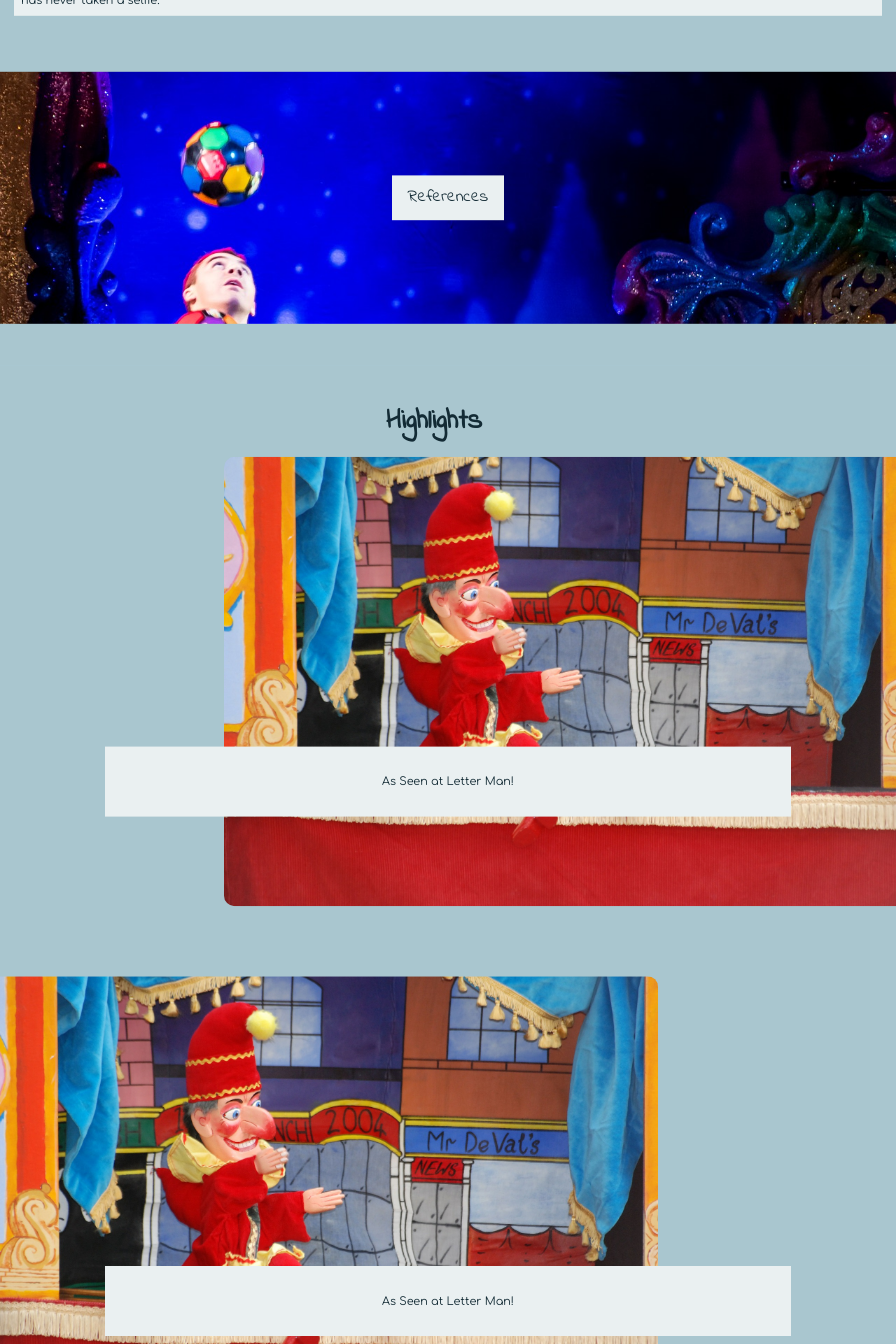
Repository: Sbethm/wink
Page: index.html
An editor plug-in stored every save of this project. The page is shown before and after the next save, followed by the edit.
The browser window is 1280 px wide. The pictures show the part of the page from y = 2112 to 4032 px (the page is 5471 px tall), at 70% of full size.
The style sheet was rebuilt from its Sass, Less or Tailwind sources for each picture, by a compiler version that may differ from the author's.

Above is the page before, as saved 2021-09-07 17:31:15.

### index.html
<!DOCTYPE html>
<html lang="en">
<head>
    <meta charset="UTF-8">
    <meta http-equiv="X-UA-Compatible" content="IE=edge">
    <meta name="viewport" content="width=device-width, initial-scale=1.0">
    <link rel="preconnect" href="https://fonts.googleapis.com">
    <link rel="preconnect" href="https://fonts.gstatic.com" crossorigin>
    <link href="https://fonts.googleapis.com/css2?family=Acme&family=Comfortaa:wght@400;500;600;700&family=Indie+Flower&display=swap" rel="stylesheet">
    <!--
        font-family: 'Acme', sans-serif;
        font-family: 'Comfortaa', cursive;
        font-family: 'Indie Flower', cursive;
    -->

    <link rel="stylesheet" href="./CSS/main.css">
    <title>Wink Danenberg: The Greatest Showman</title>
</head>
<body>
    <header id="headerBg">
        <h1 id="logo">Wink</h1>
        <div class="menu--btn">
            <ul class="menu">
                <li class="menu--item">Shows</li>
                <li class="menu--item">Wink</li>
                <li class="menu--item">Calender</li>
                <li class="menu--item">Contact</li>
            </ul>
        </div>
    </header>
    <main>
        <section class="main--slideshow">
            <!--images are set on automatic slide-->
                <img src="./img/img1.jpg" alt="" id="slide--img">
                <img src="./img/img2.jpg" alt="" id="slide--img">
                <img src="./img/img3.jpg" alt="" id="slide--img">
            <div class="slideshow--quote">Comedy for the Whole Family!</div>
        </section>
        <!--EVENTS-
            Description of Wink's shows. What does he do? Who are the shows geared towards? etc.-->
        <section class="event">
            <div class="container container--event">
                <a href="./events.html"><h2 class="heading--center">Events</h2></a>
                <p class="info--short center">Do you want a man who can tickle your funny bone? Look no further than Wink!</p>
                <div class="event--slideshow">
                    <!--each div is set on a swipe slide-->
                    <a href=""><div class="event--retreats event--slide">
                        <p class="event--type">Retreats</p>
                    </div></a>
                    <a href=""><div class="event--schools event--slide">
                        <p class="event--type">Schools</p>
                    </div></a>
                    <a href=""><div class="event--events event--slide">
                        <p class="event--type">Events</p>
                    </div></a>
                </div>
            </div>
        </section>
         <!--WINK-
            Who is Wink? A little about Wink and his past experience as a showman -->
        <section class="wink">
            <div class="container container--wink">
                <h2 class="heading--center">Wink Danenberg</h2>
                <div class="img--container">
                    <img src="./img/img2.jpg" alt="" class="img--set--left js--scroll">
                </div>
                <p class="text--full--center">
                    …about Wink Danenberg
                    Standing at 6 foot 4… 240 pounds- Wink Danenberg is responsible for the laughter of audiences  across the country. His comedy juggling, unicycling, and audience participation have kept people  entertained and enthralled at countless events, including festivals, comedy clubs, schools, cruise
                    ships, and libraries. His high energy and raw antics are a perfect blend to captivate and amaze  both the audience and himself. Wink Danenberg, a true original, is the only juggler who: offers a  full money back guarantee, can drive a standard with one hand, and has never taken a selfie.
                </p>
            </div>
        </section>
         <!--REFERENCES-
            A section with a link to references for Wink's shows-->
        <section class="references cover">
            <!--CHANGE BTN TO DIV & CHECK CSS-->
            <button class="reference--btn">References</button>
        </section>
         <!--EXPERIENCE HIGHLIGHTS-
            A section that shows some of the highlights of his experience-->
        <section class="experience">
            <div class="container container--experience">
                <h2 class="heading--center">Highlights</h2>
                <div class="experience--block">
                    <img src="./img/img2.jpg" alt="" class="img--set--right js--scroll">
                <p class="text--small--center">As Seen at Letter Man!</p>
                </div>
                <div class="experience--block">
                    <img src="./img/img2.jpg" alt="" class="img--set--left js--scroll">
                    <p class="text--small--center">As Seen at Letter Man!</p>
                </div>
                <div class="experience--block">
                        <img src="./img/img2.jpg" alt="" class="img--set--right js--scroll">
                    <p class="text--small--center">As Seen at Letter Man!</p>
                </div>
            </div>
        </section>
         <!--CONTACT-
            email and (maybe) phone information about how to contact Wink-->
        <section class="contact cover">
            <!--CHANGE BTN TO DIV & CHECK CSS-->
            <button class="contact--btn">Contact</button>
        </section>
    </main>
    <footer></footer>
    <script src="./JS/main.js"></script>
</body>
</html>

### JS/main.js
/*
 TABLE OF CONTENTS
    1.
    2.
    3.
    4.
    5.
*/


//1. HEADER CAROUSEL
    //Header variables
    const slides = document.querySelectorAll('#slide--img');
    const headerBg = document.getElementById('headerBg');
    const logo = document.getElementById('logo');

    //Changing header on scroll
    window.onscroll = function() {
        if (window.scrollY > 130) {
            headerBg.style.background = 'rgb(234, 240, 241)';
            headerBg.style.borderBottom = 'solid 1px rgb(19, 43, 53)';
            logo.style.color = 'rgb(19, 43, 53)';
        } else {
            headerBg.style.background = 'none';
            headerBg.style.borderBottom = 'solid 1px rgb(234, 240, 241)';
            logo.style.color = 'rgb(234, 240, 241)';
        }
    }

    //Index main slideshow
    setInterval(nextImg, 4000);

    let currentImg = 0;
    slides[currentImg].style.opacity = 1;

    function nextImg() {
        slides[currentImg].style.opacity = 0;
        currentImg = (currentImg + 1) % slides.length;
        slides[currentImg].style.opacity = 1;
    }

//2. SCROLL ANIMATIONS
    //Scroll variables
    const scrollElements = document.querySelectorAll(".js--scroll");
    const fromLeftElements = document.querySelectorAll(".img--set--left");
    const fromRightElements = document.querySelectorAll(".img--set--right");

    //When element is on screen or off scree
    const elementInView = (el) => {
    const elementTop = el.getBoundingClientRect().top;

    return (
        elementTop <=
        (window.innerHeight || document.documentElement.clientHeight));
    };

    const elementOutofView = (el) => {
    const elementTop = el.getBoundingClientRect().top;

    return (
        elementTop > (window.innerHeight || document.documentElement.clientHeight)
    );
    };

    //Fade-In & Fade-out functions
    const displayScrollElement = (element) => {
    element.classList.add("scrolled");
    };
    const hideScrollElement = (element) => {
    element.classList.remove("scrolled");
    };

    //Shift left functions
    const shiftOnScreenLeft = (el) => {
        el.classList.add('shifted--from--left');
    }
    const shiftOffScreenLeft = (el) => {
        el.classList.remove('shifted--from--left');
    }

    //Shift right functions into view
    const shiftOnScreenRight = (el) => {
        el.classList.add('shifted--from--right');
    }
    const shiftOffScreenRight = (el) => {
        el.classList.remove('shifted--from--right');
    }


const handleOpacityAnimation = () => {
  scrollElements.forEach((el) => {
    if (elementInView(el)) {
        displayScrollElement(el);
    } else if (elementOutofView(el)) {
        hideScrollElement(el)
    }
  })
}

const handleShiftAnimationLeft = () => {
    fromLeftElements.forEach((el) => {
    if (elementInView(el)) {
        shiftOnScreenLeft(el)
    } else if (elementOutofView(el)) {
        shiftOffScreenLeft(el)
    }
  })
}

const handleShiftAnimationRight = () => {
    fromRightElements.forEach((el) => {
    if (elementInView(el)) {
        shiftOnScreenRight(el)
    } else if (elementOutofView(el)) {
        shiftOffScreenRight(el)
    }
  })
}

window.addEventListener("scroll", () => {
    handleOpacityAnimation();
    handleShiftAnimationLeft();
    handleShiftAnimationRight();
})

// const fadeEl = document.querySelectorAll('.js--scroll');

// fadeEl.forEach((el) => {
//     el.style.opacity = '0';
// });

// const elInView = (el) => {
//     const elementTop = el.getBoundingClientRect().top;
//     return (elementTop <= window.innerHeight || document.documentElement.clientHeight);
// }

// const displayElement = (el) => {
//     el.classList.add('scrolled');
// }

// const scrollAnimation = () => {
//     fadeEl.forEach((el) => {
//         if(elInView(el, 100)){
//             displayElement(el);
//         }
//     })
// }

// window.addEventListener("scroll", () => {
//     scrollAnimation();
//   });

//SLIDE-IN

### SCSS/main.scss
@import "./resets", "./variables";


//GENERAL STYLING
body{
    width: 100vw;
    background-color: $bgColor1;
    overflow-x: hidden;
}

main {
    overflow-x: hidden;
}

section {
    width: 100vw;
    height: fit-content;
    background-color: $bgColor1;
    color: $accentColor1;
    font-family: $mainFont;
    font-size: 1rem;
}

.container {
    margin: 60px 20px;
    padding: 60px 0;
    width: calc(100vw - 40px);
    background-color: $bgColor1;
    border-bottom: solid 2px $accentColor2;
}

.heading--center {
    padding-bottom: 30px;
    width: 100%;
    font-family: $accentFont;
    font-size: 2.5rem;
    text-align: center;
}

a {
    text-decoration: none;
}

p {
    font-family: $mainFont;
    font-size: 1rem;
    line-height: 1.5rem;
}

.center {
    padding-bottom: 30px;
    width: 100%;
    text-align: center;
}

//HEADER AND MAIN SLIDESHOW
header {
    position: fixed;
    top: 0;
    height: 4rem;
    width: 100vw;
    padding: 1rem;
    z-index: 9;
    overflow: hidden;
    background: aliceblue;
    border-bottom: solid 1px rgb(13, 81, 139);
    transition: all 0.50s ease-in;
    box-sizing: border-box;

    & h1 {
        font-family: $accentFont;
        font-size: 2rem;
        color: rgb(13, 81, 139);
        transition: all 0.50s ease-in;
    }
}

.menu--item{
    display: none;
}

.main--slideshow {
    height: 100vh;
    width: 100vw;
    background-color: #000;
}

#slide--img {
    position: absolute;
    top: 0;
    left: 0;
    width: 100%;
    height: 100%;
    object-fit: cover;
    overflow: hidden;
    opacity: 0;
    transition: all 0.75s ease-in;
    z-index: 0;
}

.slideshow--quote {
    position: absolute;
    top: calc(100vh - 75vh);
    width: 100vw;
    font-size: 5rem;
    font-family: $headerFont;
    font-weight: 800;
    color: aliceblue;
    text-align: center;
}

//EVENTS
.event{
    padding-top: 20px;
}

.event--slideshow {
    display: flex;
    flex-direction: row;
    overflow: scroll;

    & .event--slide {
        margin: 10px;
        width: 10rem;
        height: 12rem;
        display: grid;
        background-image: url(../img/img1.jpg);
        box-shadow: 10px 5px 5px rgba(100, 100, 100, 0.377);
        grid-template-columns: 100%;
        justify-items: center;
        align-items: center;

        & .event--type {
            padding: 5px;
            width: 75%;
            background-color: $bgColor2;
            font-family: $accentFont;
            color: $accentColor1;
            text-align: center;
        }
    }
}

//ABOUT WINK
.container--wink {
    margin: 0 20px;
    padding: 20px 0;
    border: hidden;
}

.img--set--left {
    width: 75vw;
    position: relative;
    left: -350px;
    z-index: 1;
    border-radius: 0 15px 15px 0;
    transition: all 3000ms;

    &.shifted--from--left {
    left: -20px;
    }
}

.text--full--center {
    position: relative;
    padding: 10px;
    top: -60px;
    z-index: 2;
    background-color: $bgColor2;
}

//REFERENCES and CONTACT
.cover {
    width: 100vw;
    height: 50vh;
    display: flex;
    justify-content: center;
    align-items: center;
    background-image: url(../img/img1.jpg);

    & button {
        width: 10rem;
        height: 4rem;
        font-family: $accentFont;
        font-size: 1.5rem;
        color: $accentColor1;
        background-color: $bgColor2;
        border: hidden;
    }
}

//EXPERIENCE HIGHLIGHTS
.container--experience{
    margin-left: 0;
    margin-right: 0;
    border-bottom: hidden;
}

.experience--block {
    display: grid;
    grid-template-columns: 100vw;
    grid-template-rows: 25% 75%;
    width: 100vw;
    overflow-x: hidden;

    & .img--set--right {
        grid-area: 1/1/2/3;
        justify-self: flex-end;
        width: 75vw;
        z-index: 1;
        border-radius: 15px 0 0 15px;
        padding-left: 100vw;
        transition: all 3000ms;
    }

    & .shifted--from--right{
        padding-left: 0px;
    }

    & .img--set--left {
        grid-area: 1/1/2/3;
        justify-self: flex-start;
        width: 75vw;
        z-index: 1;
        border-radius: 0 15px 15px 0;
        transition: all 3000ms;
    }

    & .text--small--center {
        align-self: center;
        justify-self: center;
        width: 75%;
        height: 5rem;
        padding: 10px;
        z-index: 2;
        background-color: $bgColor2;
        text-align: center;
        line-height: 5rem;
    }
}





//CONTACT *see references

//JAVASCRIPT ELEMENTS
.js--scroll {
    opacity: 0;
    transition: all 3000ms;
}

.js--scroll.scrolled{
    opacity: 1;
}

### SCSS/_variables.scss
//FONTS
$headerFont: 'Acme', sans-serif;
$accentFont: 'Indie Flower', cursive;
$mainFont: 'Comfortaa', cursive;

//COLORS
// $bgColor1: rgb(207, 184, 169);
// $bgColor2: rgb(241, 237, 234);
// $accentColor1: rgb(53, 33, 19);
// $accentColor2: rgb(83, 50, 27);
$bgColor1: rgb(169, 198, 207);
$bgColor2: rgb(234, 240, 241);
$accentColor1: rgb(19, 43, 53);
$accentColor2: rgb(51, 114, 141);

Loaded but not shown: SCSS/_resets.scss (common file)

After the next save:
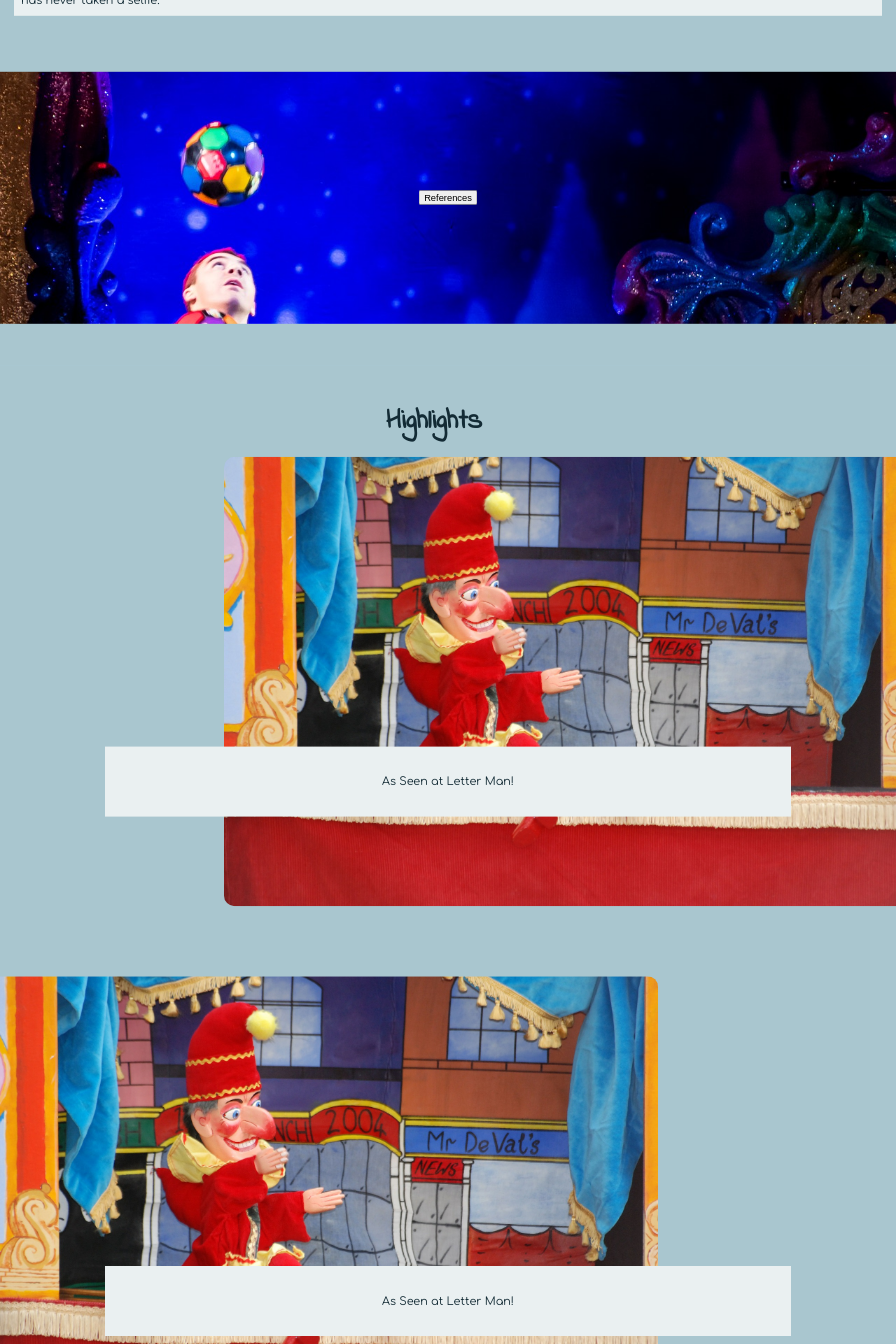
Saved 20 h 25 min later.
--- a/SCSS/main.scss
+++ b/SCSS/main.scss
@@ -179,13 +179,7 @@ header {
     background-image: url(../img/img1.jpg);
 
     & button {
-        width: 10rem;
-        height: 4rem;
-        font-family: $accentFont;
-        font-size: 1.5rem;
-        color: $accentColor1;
-        background-color: $bgColor2;
-        border: hidden;
+
     }
 }
 
